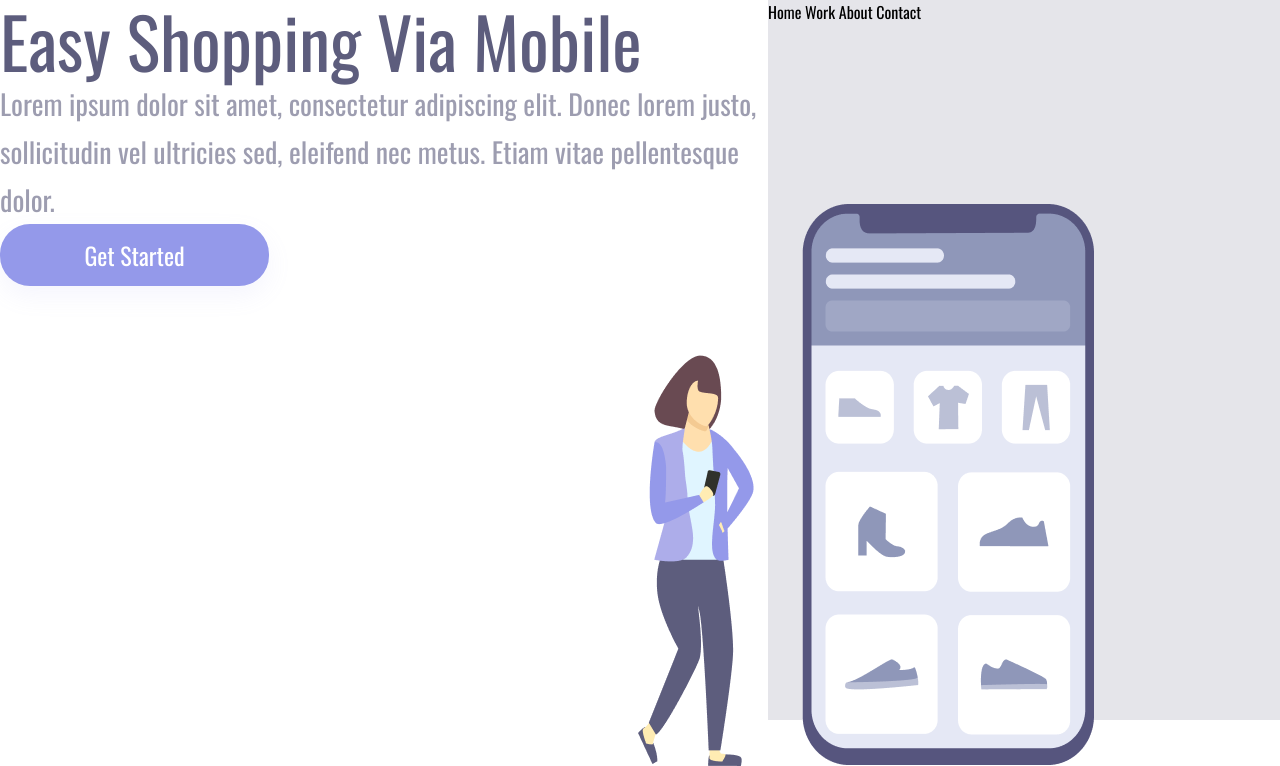
Repository: Leo-Marques-882/Projeto-Git-2
Page: index.html
An editor plug-in stored every save of this project. The page is shown before and after the next save, followed by the edit.
The browser window is 1280 px wide. The pictures show the whole page.
The pointer rests on the first visible `button`.

Above is the page before, as saved 2023-03-06 23:44:19.

### index.html
<!DOCTYPE html>
<html lang="pt_br">

<head>
    <meta charset="UTF-8">
    <meta http-equiv="X-UA-Compatible" content="IE=edge">
    <meta name="viewport" content="width=device-width, initial-scale=1.0">
    <link rel="stylesheet" href="styless.css">
    <link rel="preconnect" href="https://fonts.googleapis.com">
    <link rel="preconnect" href="https://fonts.gstatic.com" crossorigin>
    <link href="https://fonts.googleapis.com/css2?family=Oswald&display=swap" rel="stylesheet">

    <title>Projeto 1</title>
</head>

<body>
    <div class="wrapper">
        <section class="container-left">
            <h1>Easy Shopping Via Mobile</h1>
            <p>Lorem ipsum dolor sit amet, consectetur adipiscing
                elit. Donec lorem justo, sollicitudin vel ultricies sed,
                eleifend nec metus. Etiam vitae pellentesque dolor. </p>
            <button>Get Started</button>
        </section>
        <section class="container-right">
            <header>
                <a>Home</a>
                <a>Work</a>
                <a>About</a>
                <a>Contact</a>
            </header>
            <img src="./img/Illustration.png" alt="girl-cellphone">
        </section>
    </div>
</body>

</html>

### styless.css
* {
    margin: 0;
    padding: 0;
    box-sizing: border-box;
    font-family: 'Oswald', sans-serif;
}

.wapper {
    height: 100vh;
    ;
    width: 100vw;
}

.container-left {
    display: inline-block;
    width: 60%;
}

h1 {
    font-weight: 400;
    font-size: 70px;
    line-height: 80px;
    color: #5D5D7D;
}

p {
    font-weight: 400;
    font-size: 28px;
    line-height: 48px;
    color: #5D5D7D;
    opacity: 0.6;
}

button {
    width: 269px;
    height: 62px;
    background: #9499EA;
    box-shadow: 0px 10px 24px rgba(148, 153, 234, 0.0979959);
    font-weight: 400;
    font-size: 24px;
    line-height: 36px;
    text-align: center;
    color: #FFFFFF;
    border-radius: 30px;
    border: none;
    cursor: pointer;
}

.container-right {
    display: inline-block;
    background-color: rgba(93, 93, 125, 0.16);
    height: 100vh;
    width: 40%;
    position: absolute;
}

img {
    position: relative;
    top: 25%;
    right: 130px;
}

After the next save:
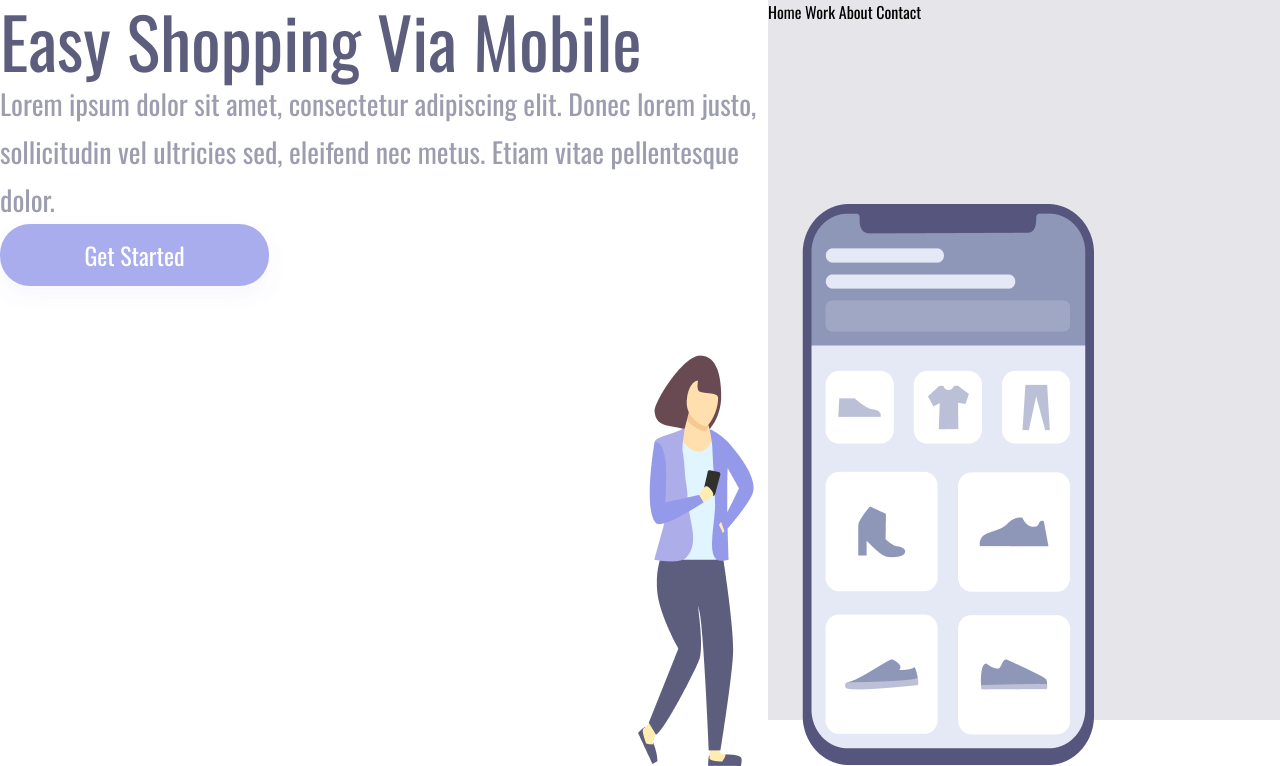
Saved 2 min 19 s later.
--- a/styless.css
+++ b/styless.css
@@ -46,6 +46,10 @@
     cursor: pointer;
 }
 
+button:hover {
+    opacity: .8;
+}
+
 .container-right {
     display: inline-block;
     background-color: rgba(93, 93, 125, 0.16);
